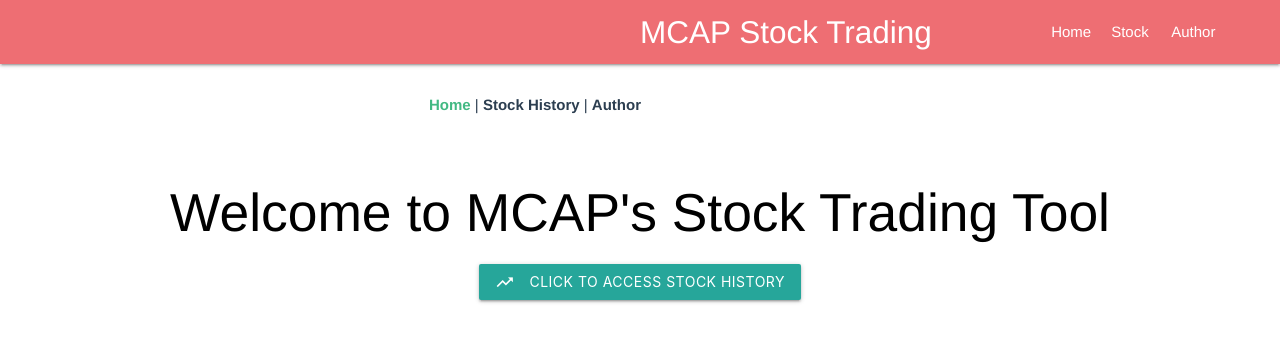
Repository: pandyarudra/stock-symbol-app
Page: /
These files come from the project's save history. The page is drawn as it stood at one moment and after the next save; the edit follows.
The browser window is 1280 px wide. The pictures show the whole page.
The project was rebuilt for these pictures with package versions that can differ from the ones it lists, and the page was loaded fresh each time.

Above is the page before, as saved 2020-09-14 22:17:28.

### public/index.html
<!DOCTYPE html>
<html lang="en">
  <head>
    <meta charset="utf-8">
    <meta http-equiv="X-UA-Compatible" content="IE=edge">
    <meta name="viewport" content="width=device-width,initial-scale=1.0">
    <link href="https://fonts.googleapis.com/icon?family=Material+Icons" rel="stylesheet">

    <link rel="icon" href="<%= BASE_URL %>favicon.ico">
    <title><%= htmlWebpackPlugin.options.title %></title>
  </head>
  <body>
    <noscript>
      <strong>We're sorry but <%= htmlWebpackPlugin.options.title %> doesn't work properly without JavaScript enabled. Please enable it to continue.</strong>
    </noscript>
    <div id="app"></div>
    <!-- built files will be auto injected -->
  </body>
</html>

### src/main.js
import Vue from 'vue';
import App from './App.vue';
import router from './router';
import 'materialize-css';
import 'materialize-css/dist/css/materialize.min.css';

Vue.config.productionTip = false;

new Vue({
  router,
  render: h => h(App)
}).$mount('#app');

### src/App.vue
<template>
  <div id="app">
    <TopNav />
    <div id="nav">
      <router-link to="/">Home</router-link> |
      <router-link to="/stockHistory">Stock History</router-link> |
      <router-link to="/about">Author</router-link>
    </div>
    <router-view/>
  </div>
</template>


<script>
import M from 'materialize-css';
import TopNav from '@/components/TopNav.vue'

export default {
  mounted() {
    M.AutoInit();
  },
  components: {
    TopNav
  }
}
</script>

<style lang="scss">

  // $primary-color: color("materialize-red", "lighten-2") !default;
  // $primary-color-light: false !default;
  // $primary-color-dark: false !default;
  // @if not $primary-color-light {
  //   $primary-color-light: lighten($primary-color, 15%);
  // }
  // @if not $primary-color-dark {
  //   $primary-color-dark: darken($primary-color, 15%);
  // }
  // $secondary-color: color("teal", "lighten-1") !default;
  // $success-color: color("green", "base") !default;
  // $error-color: color("red", "base") !default;
  // $link-color: color("light-blue", "darken-1") !default;

#app {

  font-family: Avenir, Helvetica, Arial, sans-serif;
  -webkit-font-smoothing: antialiased;
  -moz-osx-font-smoothing: grayscale;
  text-align: center;
  color: #2c3e50;
}

#nav {
  padding: 30px;

  a {
    font-weight: bold;
    color: #2c3e50;

    &.router-link-exact-active {
      color: #42b983;
    }
  }
}
</style>

### src/router/index.js
import Vue from 'vue'
import VueRouter from 'vue-router'

Vue.use(VueRouter)

const routes = [
  {
    path: '/',
    name: 'WelcomePage',
    component: () => import(/* webpackChunkName: "about" */ '../views/WelcomePage.vue')
  },
  {
    path: '/about',
    name: 'About',
    // route level code-splitting
    // this generates a separate chunk (about.[hash].js) for this route
    // which is lazy-loaded when the route is visited.
    component: () => import(/* webpackChunkName: "about" */ '../views/About.vue')
  }
]

const router = new VueRouter({
  routes
})

export default router

### src/components/TopNav.vue
<template>
     <nav>
    <div class="nav-wrapper center">
      <a href="#" class="brand-logo ">MCAP Stock Trading</a>
      <ul id="nav-mobile" class="right hide-on-med-and-down row">
        <router-link class="col s3" to="/" tag="li">Home</router-link>
        <router-link class="col s3" to="/stockHistory" tag="li">Stock History</router-link>
        <router-link class="col s3" to="/author" tag="li">Author</router-link>
        <!-- <router-link to="/foo" tag="li">Rudra</router-link> -->

      </ul>
    </div>
  </nav>
</template>

### src/views/WelcomePage.vue
<template>
<div class="row">
    <h2 class="left col s12">Welcome to MCAP's Stock Trading Tool
    </h2>
    <button class="btn waves-effect waves-light"><i class="material-icons left">trending_up</i>Click to Access Stock History</button>
</div>
</template>


<script>
export default {
  name: 'WelcomePage',
  props: {
    msg: String
  }
}
</script>

<!-- Add "scoped" attribute to limit CSS to this component only -->
<style scoped lang="scss">
  div {
      color: black;
      text-align: center;
  }
</style>

After the next save:
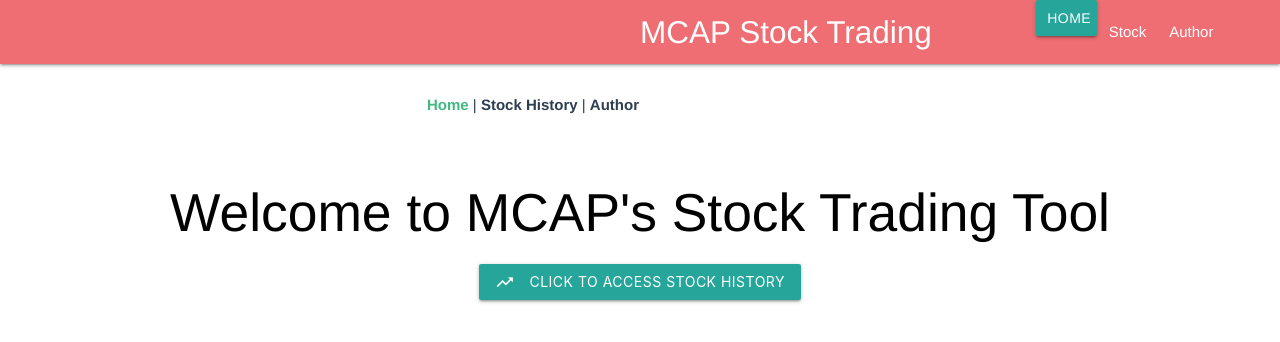
Saved 30 s later.
--- a/src/components/TopNav.vue
+++ b/src/components/TopNav.vue
@@ -3,7 +3,7 @@
     <div class="nav-wrapper center">
       <a href="#" class="brand-logo ">MCAP Stock Trading</a>
       <ul id="nav-mobile" class="right hide-on-med-and-down row">
-        <router-link class="col s3" to="/" tag="li">Home</router-link>
+        <router-link class="col s3 btn" to="/" tag="li">Home</router-link>
         <router-link class="col s3" to="/stockHistory" tag="li">Stock History</router-link>
         <router-link class="col s3" to="/author" tag="li">Author</router-link>
         <!-- <router-link to="/foo" tag="li">Rudra</router-link> -->
